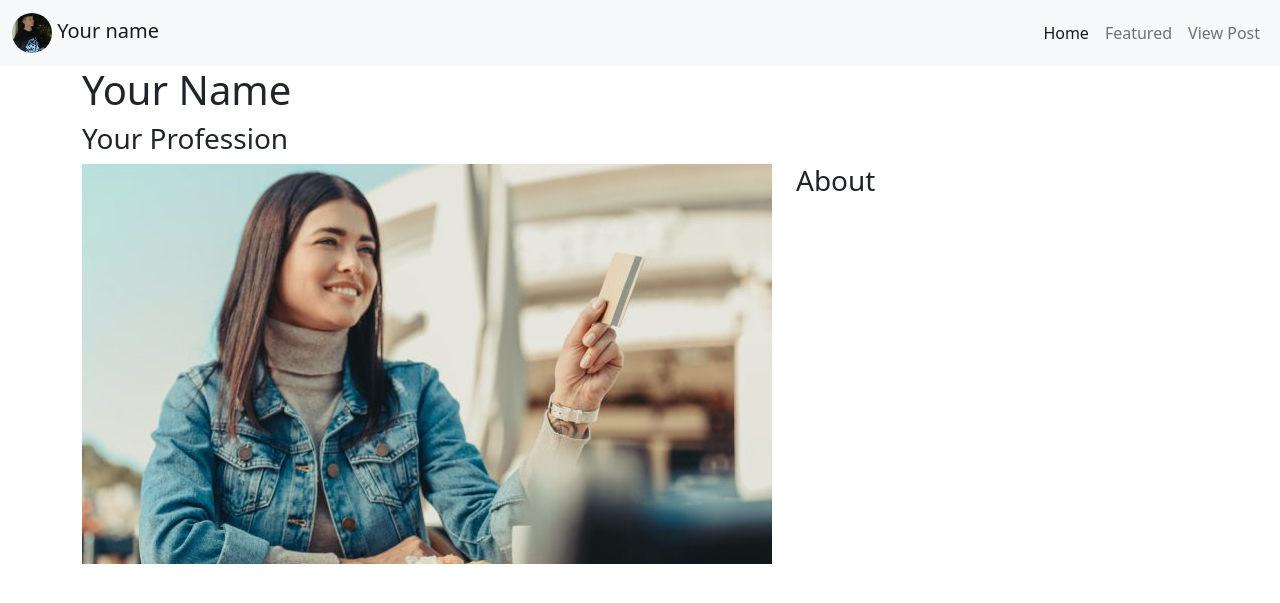
Repository: nvt01/72_1951061106_NgoVanTung
Page: BaiTh1/index.html
These files come from the project's save history. The page is drawn as it stood at one moment and after the next save; the edit follows.
The browser window is 1280 px wide. The pictures show the whole page.

Above is the page before, as saved 2021-11-30 22:04:28.

### BaiTh1/index.html
<!DOCTYPE html>
<html lang="en">
<head>
    <meta charset="UTF-8">
    <meta http-equiv="X-UA-Compatible" content="IE=edge">
    <meta name="viewport" content="width=device-width, initial-scale=1.0">
    <title>Blog</title>
    <link rel="stylesheet" href="style.css">
    <!-- CSS only -->
    <link href="https://cdn.jsdelivr.net/npm/bootstrap@5.1.3/dist/css/bootstrap.min.css" rel="stylesheet" integrity="sha384-1BmE4kWBq78iYhFldvKuhfTAU6auU8tT94WrHftjDbrCEXSU1oBoqyl2QvZ6jIW3" crossorigin="anonymous">
</head>
<body>
    <div class="menu">
        <nav class="navbar navbar-expand-lg navbar-light bg-light">
            <div class="container-fluid">
                <a class="navbar-brand" href="#">
                    <img class="nav-img" src="./img/avatar.JPG" alt="">
                    Your name
                </a>
                <button class="navbar-toggler" type="button" data-bs-toggle="collapse" data-bs-target="#navbarSupportedContent" aria-controls="navbarSupportedContent" aria-expanded="false" aria-label="Toggle navigation">
                    <span class="navbar-toggler-icon"></span>
                </button>
                <div class=" collapse navbar-collapse" id="navbarSupportedContent">
                    <ul class="navbar-nav me-auto mb-2 mb-lg-0">
                        <li class="nav-item">
                            <a class="nav-link active" aria-current="page" href="#">Home</a>
                        </li>
                        <li class="nav-item">
                            <a class="nav-link" href="#">Featured</a>
                        </li>
                        <li class="nav-item">
                            <a class="nav-link" href="#">View Post</a>
                        </li>
                    </ul>
                </div>
            </div>
        </nav>
    </div>
    <div class="container">
        <div class="row">
            <h1>Your Name</h1>
            <h3>Your Profession</h3>
            <div class="col">
                <img src="./img/img1.jpeg" alt="">
            </div>
            <div class="col">
                <h3>About</h3>
            </div>
        </div>
    </div>
</body>
</html>

### BaiTh1/style.css
* {
    margin: 0;
    padding: 0;
    box-sizing: border-box;
}
.nav-img {
    width: 40px;
    height: 40px;
    border-radius: 50%;
    object-fit: cover;
}

.container-fluid .navbar-collapse {
    flex-grow: 0;
}

After the next save:
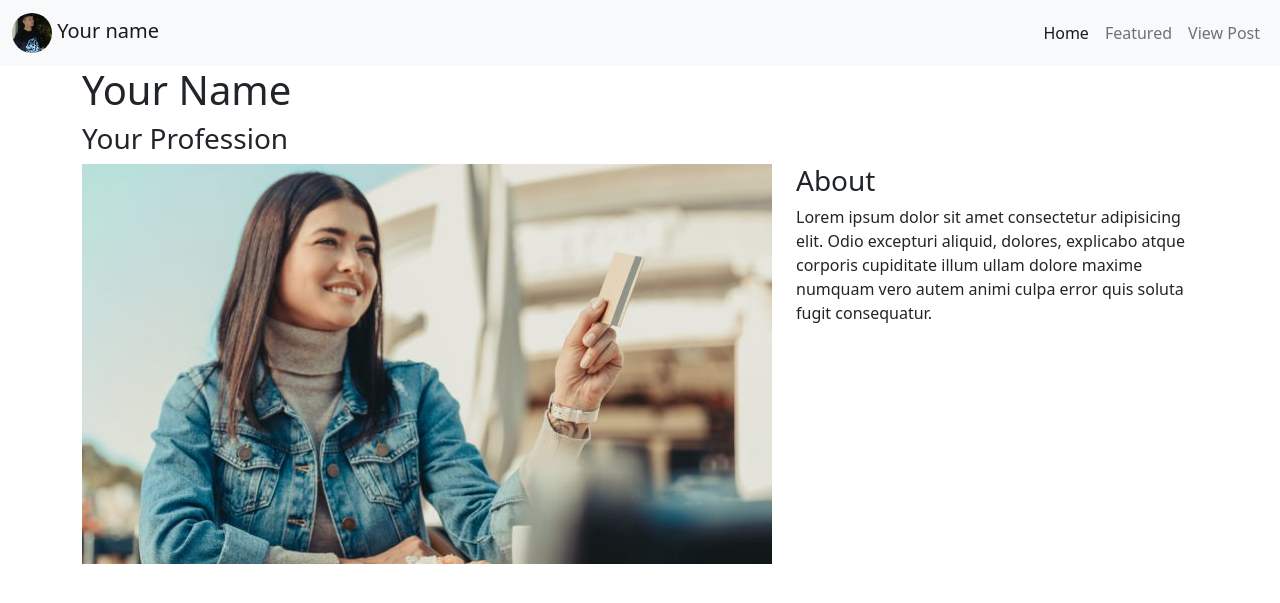
Saved 7 s later.
--- a/BaiTh1/index.html
+++ b/BaiTh1/index.html
@@ -45,6 +45,7 @@
             </div>
             <div class="col">
                 <h3>About</h3>
+                <span>Lorem ipsum dolor sit amet consectetur adipisicing elit. Odio excepturi aliquid, dolores, explicabo atque corporis cupiditate illum ullam dolore maxime numquam vero autem animi culpa error quis soluta fugit consequatur.</span>
             </div>
         </div>
     </div>
